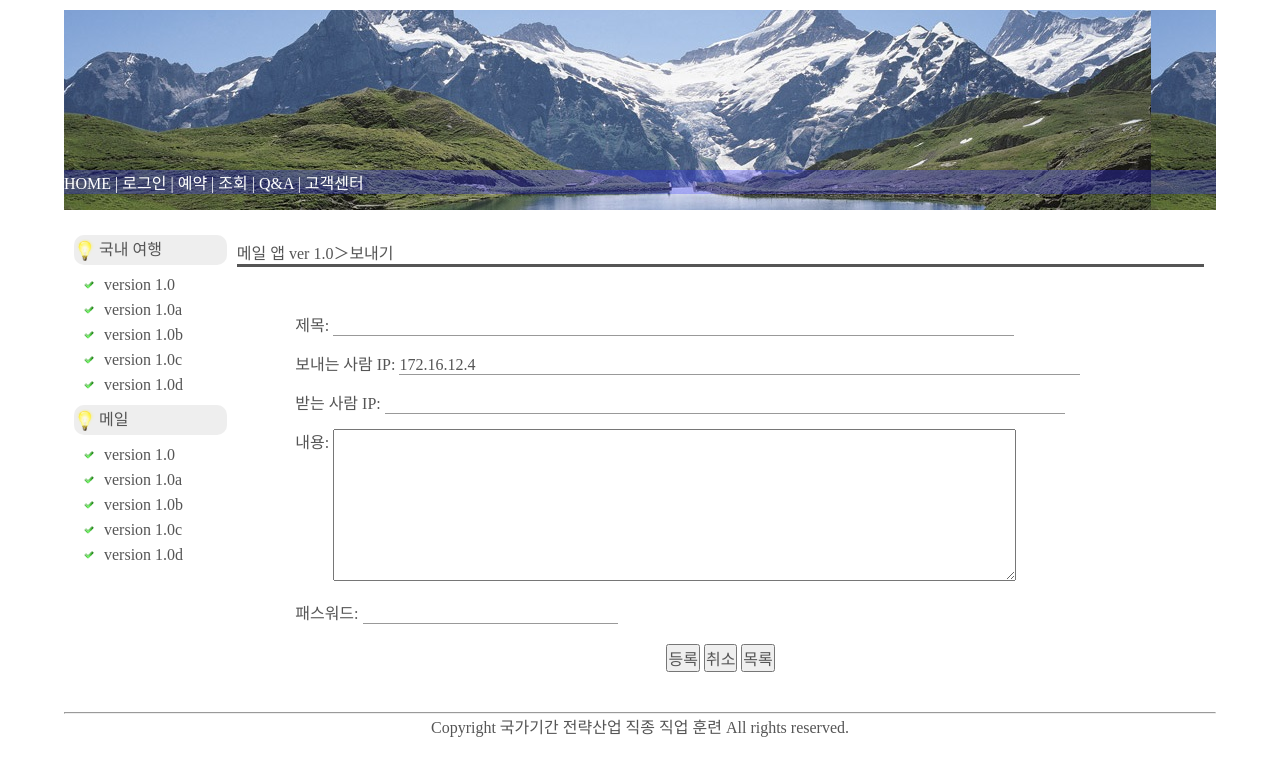
Repository: jangky000/ai_web
Page: http://localhost/blog_v2jc/mail_app/create_form.jsp
These files come from the project's save history. The page is drawn as it stood at one moment and after the next save; the edit follows.
The browser window is 1280 px wide. The pictures show the whole page.
The page is served by Tomcat 9.

Above is the page before, as saved 2020-03-27 06:39:33.

After the next save:
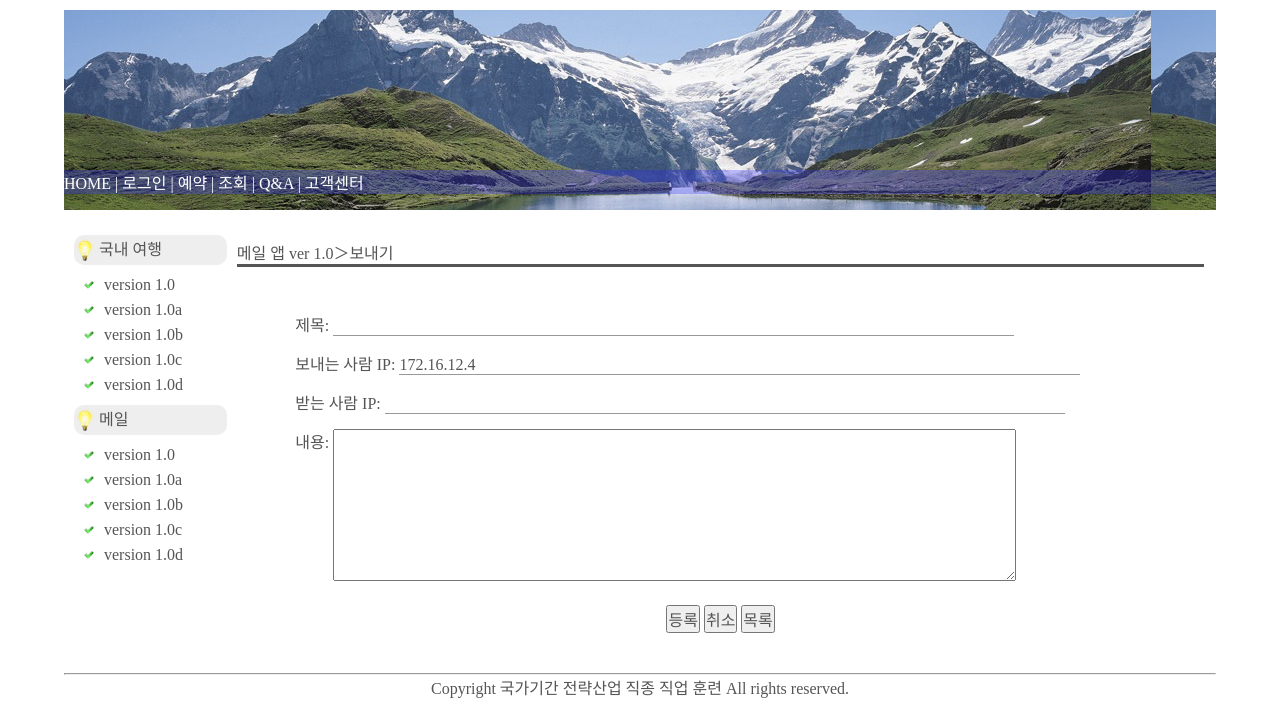
Saved 15 s later.
--- a/ws__frame/blog_v2jc/WebContent/mail_app/create_form.jsp
+++ b/ws__frame/blog_v2jc/WebContent/mail_app/create_form.jsp
@@ -35,10 +35,6 @@ String root = request.getContextPath();
           <label style="vertical-align: top;">내용: </label>
           <textarea name="content" style="width: 80%; height: 150px;"></textarea>
         </li>
-        <li class="li_none">
-          <label>패스워드: </label>
-          <input class="input_basic" type="password" name="passwd" style="width: 30%;">
-        </li>
       </ul>
       <div class ="bottom_menu">
         <button type="submit">등록</button>
